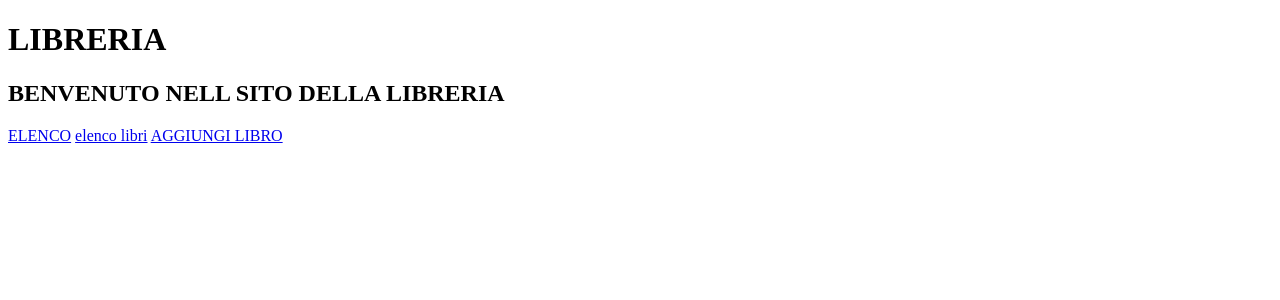
Repository: foferys/DynamicWebProject_DAOLibri_Mappe
Page: DynamicWebProject_DAOLibri_Mappe/WebContent/viste/home.html
These files come from the project's save history. The page is drawn as it stood at one moment and after the next save; the edit follows.
The browser window is 1280 px wide. The pictures show the whole page.

Above is the page before, as saved 2024-06-24 15:31:43.

### DynamicWebProject_DAOLibri_Mappe/WebContent/viste/home.html
<!--	Questo è un commento in HTML
		HTML è un linguaggio di markup che serve a definire la struttura di una pagina web.
		Inizialmente stile e logica erano accorpati all'interno dell'HTML ma oggi vengono divisi
		in CSS (Cascade Style Sheet) e ad esempio JS (Javascript).
		L'unico vero linguaggio di programmazione è JS mentre HTML e CSS definiscono l'apparenza.

		All'interno dell'HTML ci sono dei tag ovvero dei contenitori che definiscono elementi:
		body, head, html stesso.
		I tag servono al browser per interpretare gli elementi a seconda dello stile che riportano.
		Un <h1> ad esempio indica un main-title. Un <h2> un subtitle e via dicendo.
		Tutti i browser conoscono l'html ma non tutti lo interpretano allo stesso modo (es: button).

		Le pagine HTML hanno una struttura ad albero.
		Partono da un tag radice (root) che è appunto html e si ramificano con head, body e via dicendo.
		Ovviamente esiste una parentela tra i vari tag.
		HTML è il contenitore degli altri elementi.
		Head e Body sono figli di HTML e fratelli tra loro.
		Title è figlio di head che è figlio di html. Pertanto title è nipote di html e di body.
		Questo aspetto diventa importante quando si parla di navigazione del DOM dove per dom si intende
		l'intero DOcuMent ovvero la pagina web.
 -->
<!DOCTYPE html>
<html>
	<head>
		<!--	meta indica un metadato. In questo caso la codifica caratteri della pagina. UTF-8 è
				la codifica occidentale.
				Title indica il titolo della pagina che vedremo comparire nella "label" sulla barra
				di navigazione del browser.
				Tutte le informazioni inserite in head non vengono stampate ma sono utili ai motori di
				ricerca per l'indicizzazione.
		 -->
		<meta charset="UTF-8">
		<title>Home</title>
	</head>
	<body>
		<!--	Quello che troviamo nel body invece viene stampato a video. -->
		<h1>LIBRERIA</h1>
		<h2>BENVENUTO NELL SITO DELLA LIBRERIA</h2>
		<!-- 	Il tag "a" indica un collegamento ipertestuale (link). L'attributo "href" indica
				la pagina alla quale ci si vuole collegare attraverso il (click del) link.
				Un altro attributo potrebbe essere BLANK che indica il collegamento in una nuova scheda.
				Di default il link collega sulla stessa scheda di navigazione (non apre una nuova finestra
				del browser).
		 -->
		<a href="http://localhost:8080/DynamicWebProject_DAOLibri_Mappe/Index?comando=elencolibri">ELENCO</a>
		<a href="http://localhost:8080/DynamicWebProject_DAOLibri_Mappe/Index?comando=home">elenco libri</a>
		<a href="http://localhost:8080/DynamicWebProject_DAOLibri_Mappe/Index?comando=formnuovolibro">AGGIUNGI LIBRO</a>
		<br>
	</body>
</html>

After the next save:
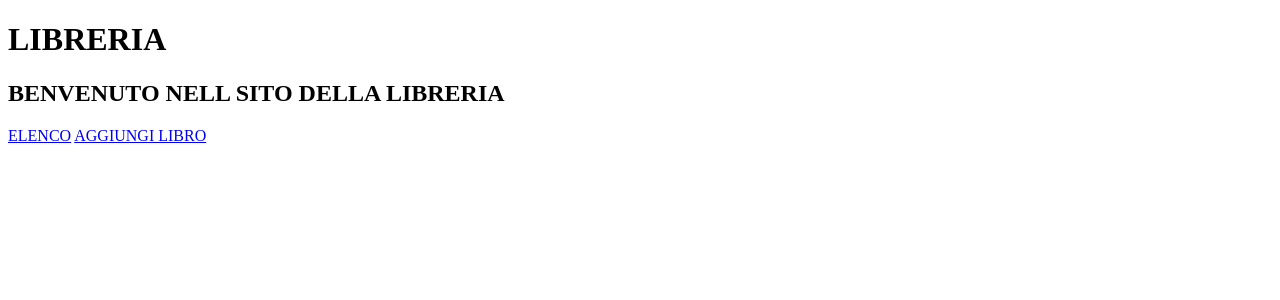
Saved 6 min 2 s later.
--- a/DynamicWebProject_DAOLibri_Mappe/WebContent/viste/home.html
+++ b/DynamicWebProject_DAOLibri_Mappe/WebContent/viste/home.html
@@ -43,7 +43,6 @@
 				del browser).
 		 -->
 		<a href="http://localhost:8080/DynamicWebProject_DAOLibri_Mappe/Index?comando=elencolibri">ELENCO</a>
-		<a href="http://localhost:8080/DynamicWebProject_DAOLibri_Mappe/Index?comando=home">elenco libri</a>
 		<a href="http://localhost:8080/DynamicWebProject_DAOLibri_Mappe/Index?comando=formnuovolibro">AGGIUNGI LIBRO</a>
 		<br>
 	</body>
